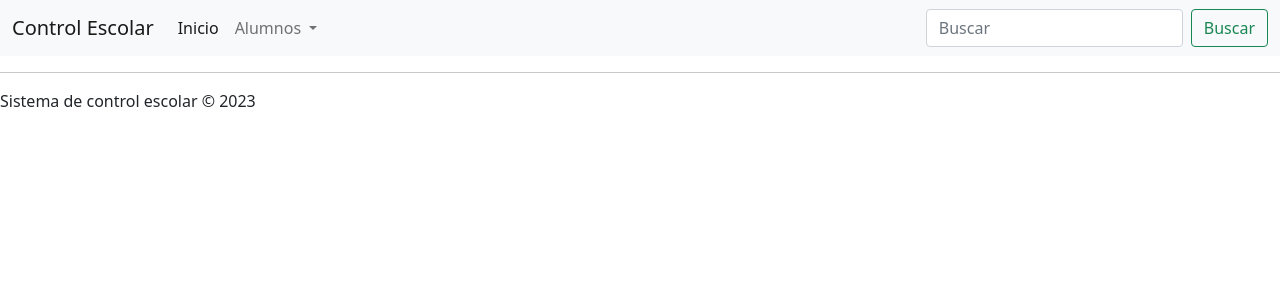
Repository: terrazasjuancarlos/cursoLaravel2-master
Page: http://localhost/alumnos
An editor plug-in stored every save of this project. The page is shown before and after a run of saves, followed by the edit.
The browser window is 1280 px wide. The pictures show the whole page.
The page is served by the project's Laravel application, run on PHP 8.4 with Laravel 10.

Above is the page before, as saved 2023-10-19 18:53:42.

After the next 2 saves:
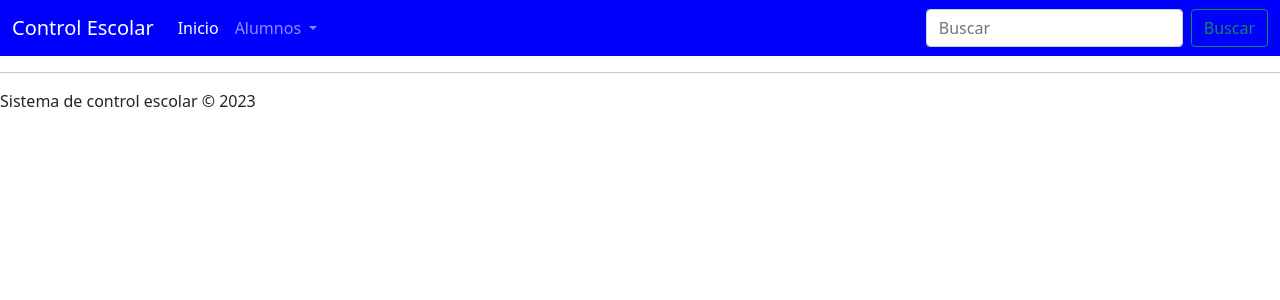
The 2 saves are shown as one change because they came seconds apart.
The last was saved 19 s later.
--- a/resources/views/master.blade.php
+++ b/resources/views/master.blade.php
@@ -9,7 +9,7 @@
     <script src="{{ asset('code.jquery.com_jquery-3.7.1.js') }}"></script>
 </head>
 <body>
-    <nav class="navbar navbar-expand-lg navbar-light bg-light">
+    <nav class="navbar navbar-expand-lg navbar-dark" style="background-color: blue;">
         <div class="container-fluid">
           <a class="navbar-brand" href="#">Control Escolar
           </a>
